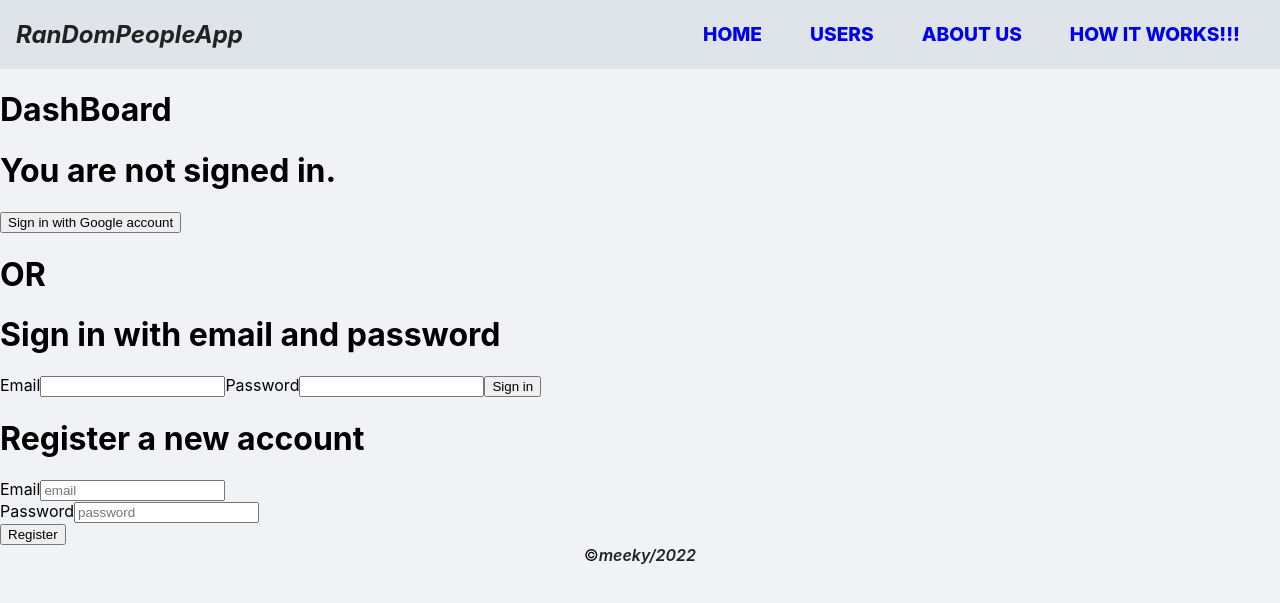
Repository: MikkyPrestige/RandomProfiles
Page: /profile
An editor plug-in stored every save of this project. The page is shown before and after the next save, followed by the edit.
The browser window is 1280 px wide. The pictures show the whole page.
The page's requests for data from a server got no answer. The project was rebuilt for these pictures with package versions that can differ from the ones it lists, and the page was loaded fresh each time. Some packages were replaced by stand-ins written for this rebuild. No one was signed in, and anything a server would have sent is missing. Also part of the build but not shown: src/assets/styles/home.css, src/components/home.jsx, src/assets/styles/users.css, src/components/users.jsx, src/assets/styles/search.css, src/components/search.jsx, src/assets/styles/help.css, src/components/help.jsx and 5 more.

Above is the page before, as saved 2022-11-29 23:52:13.

After the next save:
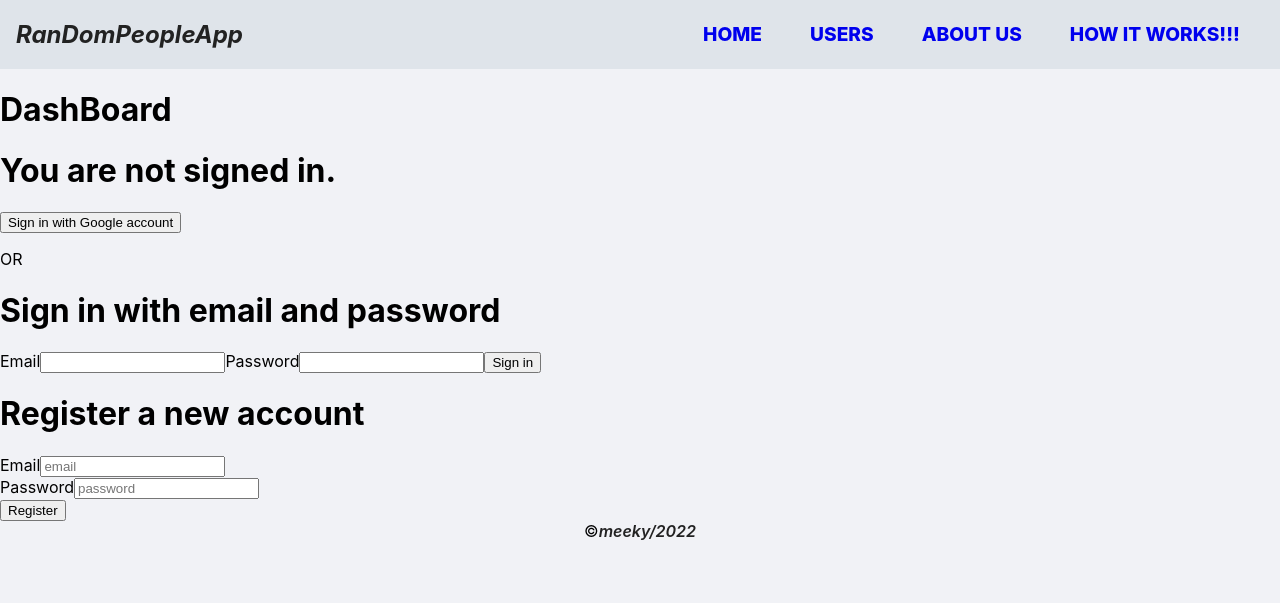
Saved 11 s later.
--- a/src/components/profile.jsx
+++ b/src/components/profile.jsx
@@ -135,7 +135,7 @@ const Profile = () => {
               <button onClick={signIn} className="sign__btn">
                 Sign in with Google account
               </button>
-              <h1 className="or">OR</h1>
+              <p className="or">OR</p>
               <h1 className="or">Sign in with email and password</h1>
               <form onSubmit={handleSignIn}>
                 <label htmlFor="email">Email</label>
